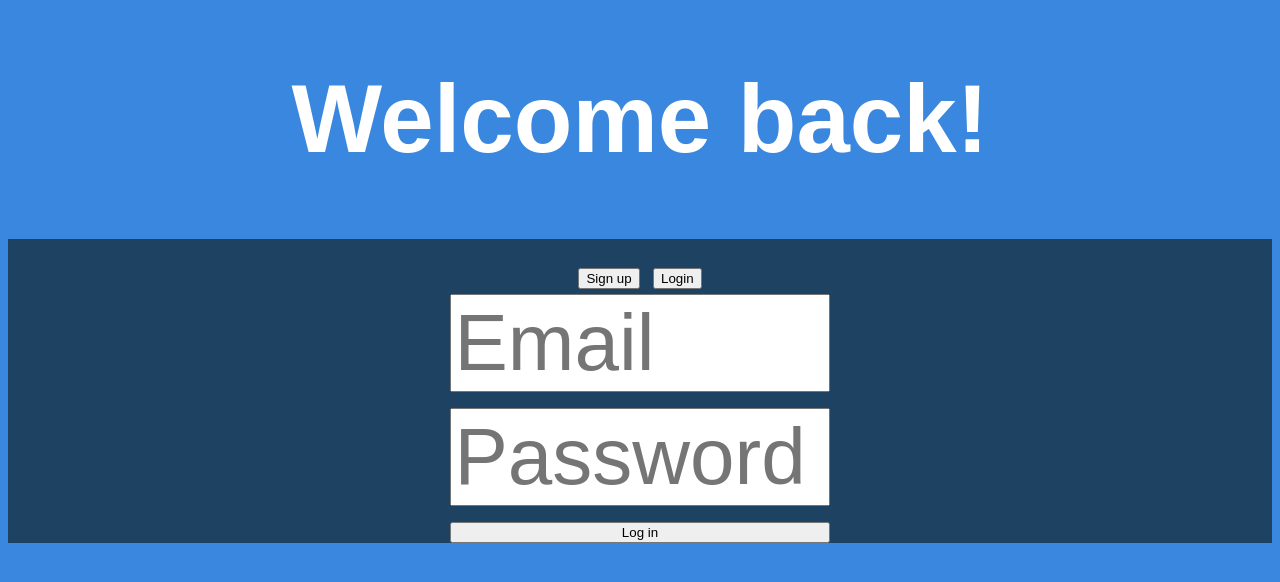
Repository: NicolasssCarlos/basic-flask-login
Page: http://localhost/
These files come from the project's save history. The page is drawn as it stood at one moment and after the next save; the edit follows.
The browser window is 1280 px wide. The pictures show the whole page.
The page is served by the project's application, run on Flask 3 (app.py).

Above is the page before, as saved 2025-06-11 20:29:17.

After the next save:
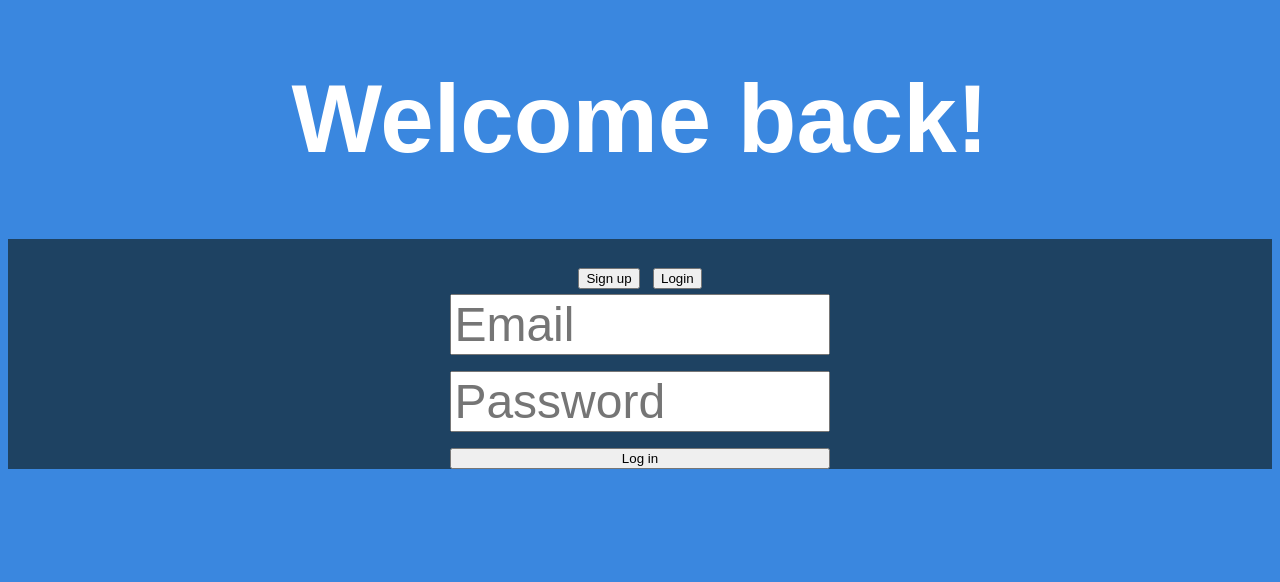
Saved 6 s later.
--- a/static/main.css
+++ b/static/main.css
@@ -83,5 +83,5 @@
 .inputs input {
 
 
-    font-size: 5rem;
+    font-size: 3rem;
 }
